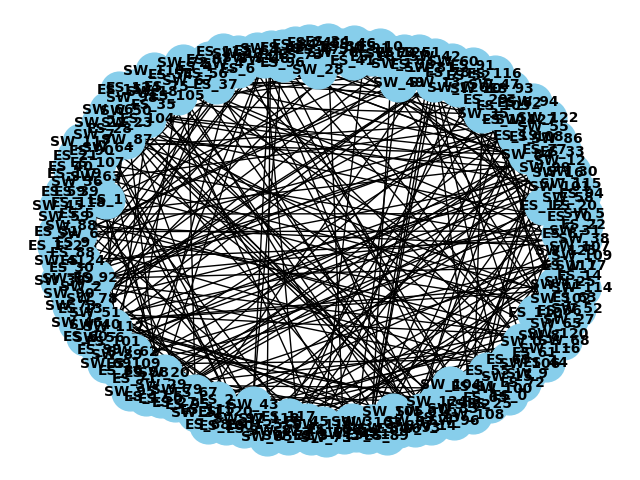
Repository: ilfuma88/NES64
Script's output: python QuickGraphHelper.py
The author's editor kept a copy of each file at every save. The script's output is drawn from the files as they stood at one save, then again after the next save.
Each picture stacks the figures in order, with grey between them; figures that are only written to a file come last. Random numbers start from a fixed seed.

Above is the script's output before, as saved 2024-10-18 14:09:35.

After the next save:
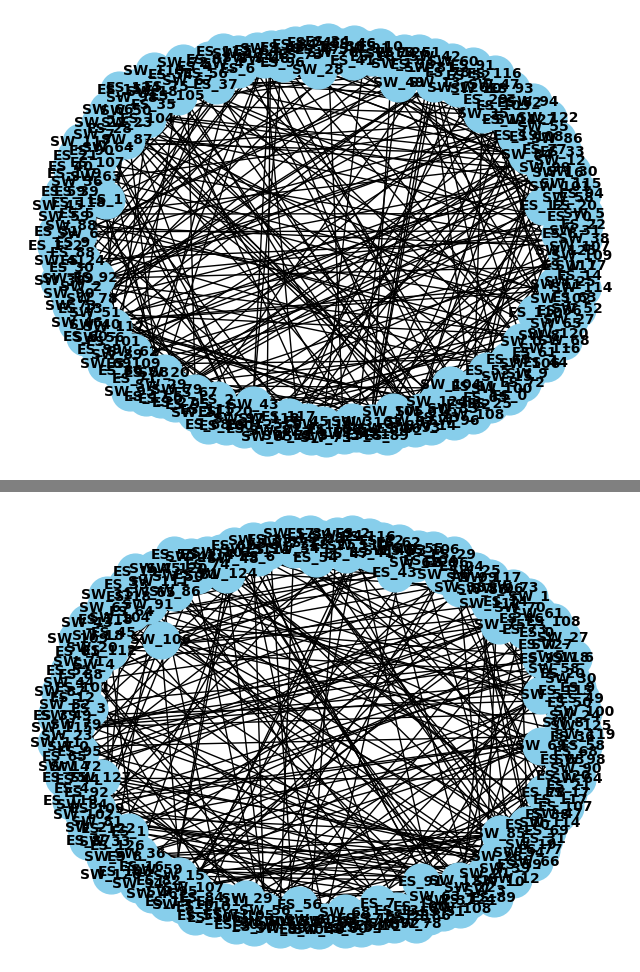
Saved 23 min 14 s later.
--- a/QuickGraphHelper.py
+++ b/QuickGraphHelper.py
@@ -1,6 +1,7 @@
 import csv
 import networkx as nx
 import matplotlib.pyplot as plt
+import Node
 # Step 1: Read the CSV file
 # filename = 'example_topology.csv'
 filename = 'modified_topology.csv'
@@ -26,6 +27,8 @@ G = nx.Graph()
 G.add_nodes_from(nodes)
 G.add_edges_from(edges)
 
+mario = Node.Node("Mario", "Plumber")
+mario.print()
 # Step 5: Visualize the graph
 pos = nx.spring_layout(G, k=5)  # Increase k to make nodes more distant
 nx.draw(G, pos, with_labels=True, node_size=700, node_color='skyblue', font_size=10, font_weight='bold')
--- a/Node.py
+++ b/Node.py
@@ -1,38 +1,8 @@
+
 import csv
 import networkx as nx
 import matplotlib.pyplot as plt
 
-class Stream:
-    """
-    Represents a stream in the network.
-
-    Attributes:
-        stream_id (int): The unique identifier for the stream.
-    """
-    def __init__(self, stream_id):
-        """
-        Initializes a Stream object with a given stream ID.
-
-        Args:
-            stream_id (int): The unique identifier for the stream.
-        """
-        self.stream_id = stream_id
-
-class ReadyQueue:
-    """
-    Represents a ready queue in the network.
-
-    Attributes:
-        queue_id (int): The unique identifier for the ready queue.
-    """
-    def __init__(self, queue_id):
-        """
-        Initializes a ReadyQueue object with a given queue ID.
-
-        Args:
-            queue_id (int): The unique identifier for the ready queue.
-        """
-        self.queue_id = queue_id
 
 class Node:
     """
